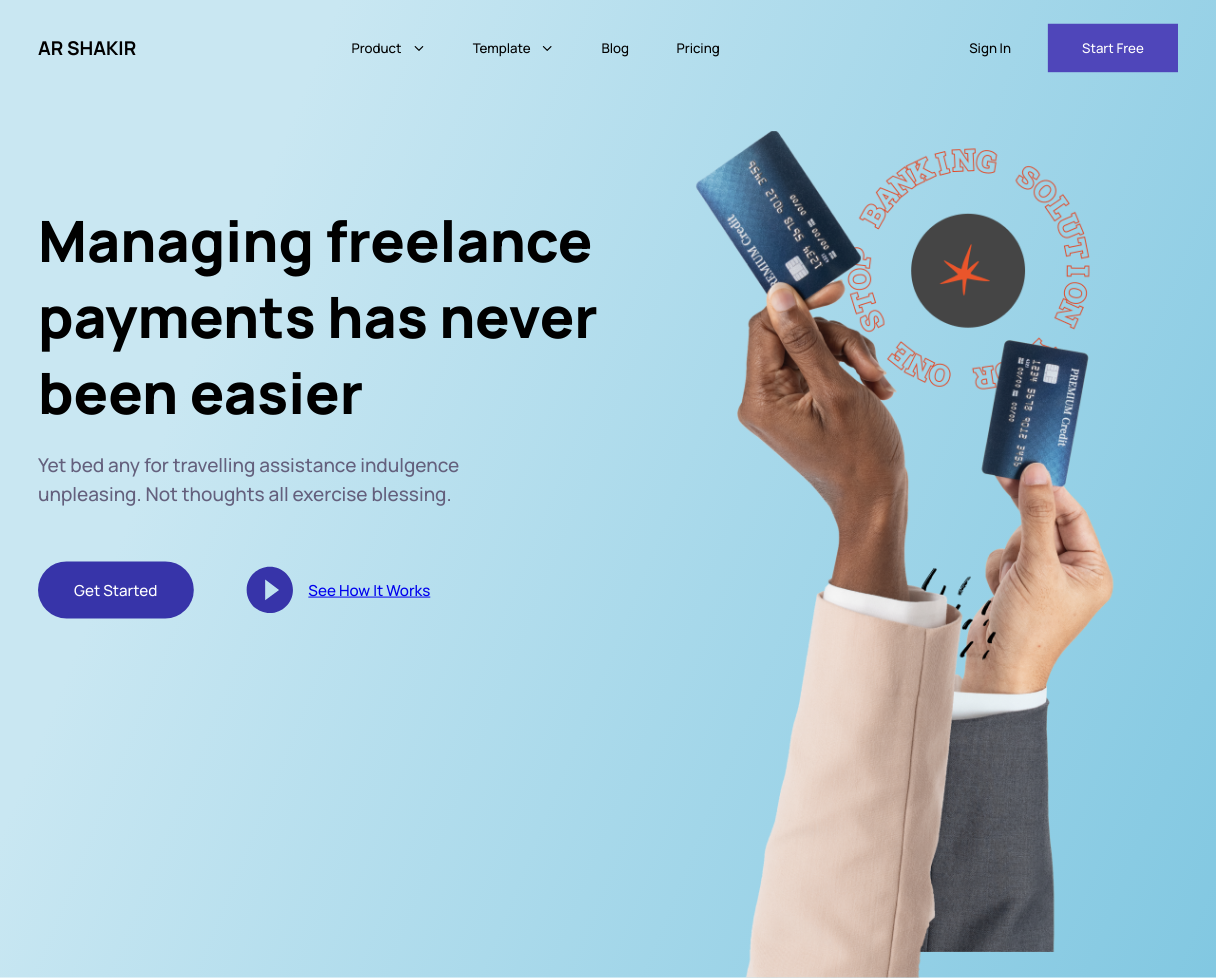
Repository: duongdori/ARShakir
Page: index.html
The author's editor kept a copy of each file at every save. The page is drawn from the files as they stood at one save, then again after the next save.
The browser window is 1280 px wide. The pictures show the whole page, at 95% of full size.

Above is the page before, as saved 2022-04-02 16:54:36.

After the next save:
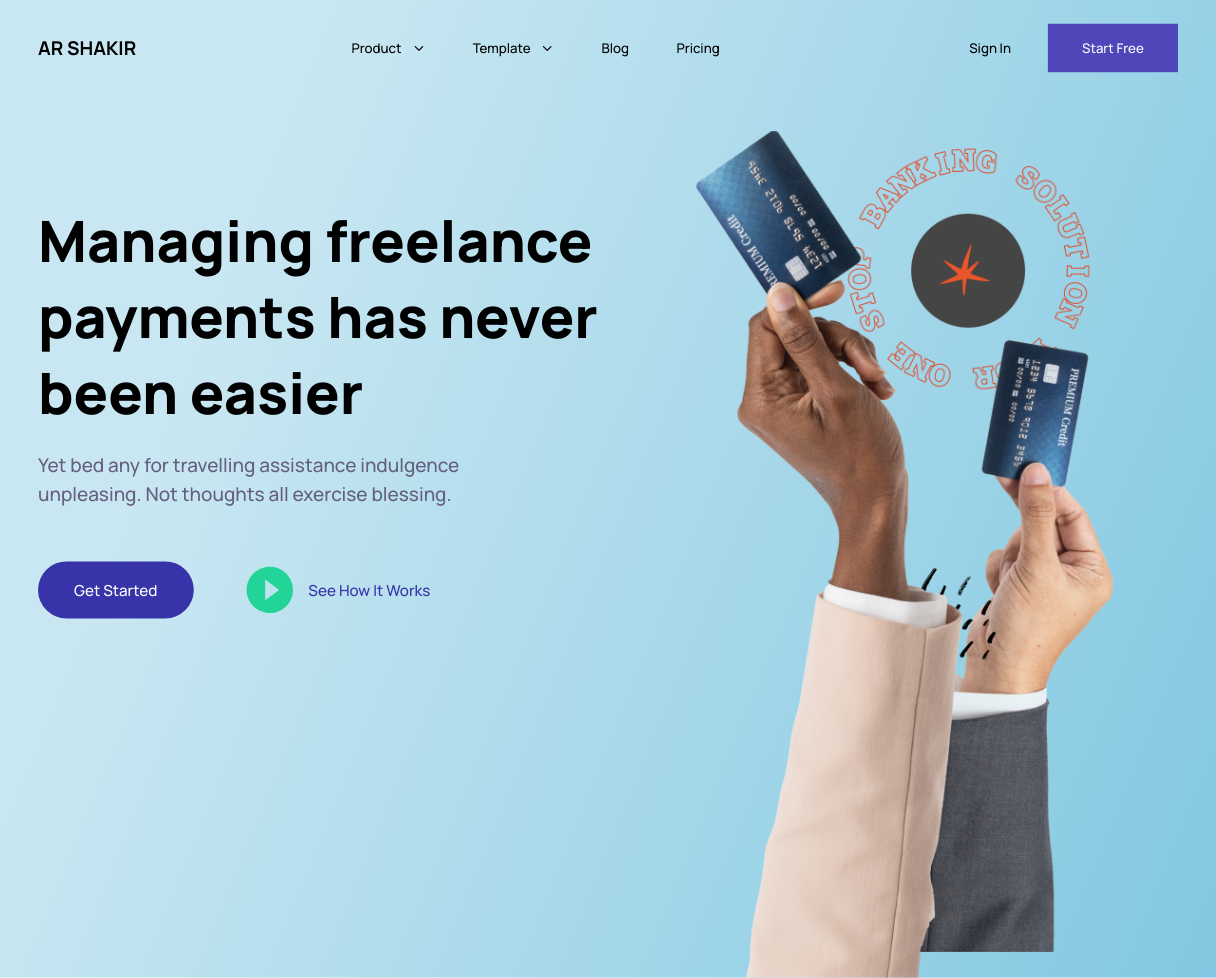
Saved 30 s later.
--- a/assets/css/main.css
+++ b/assets/css/main.css
@@ -175,11 +175,11 @@ body {
     margin-right: 11px;
     font-size: 16px;
     line-height: calc(30 / 16);
+
+}
+
+.header-content-see_btn-link{
     color: #3734A9;
     text-decoration: none;
 
 }
-
-.header-content-see_btn-link{
-
-}
